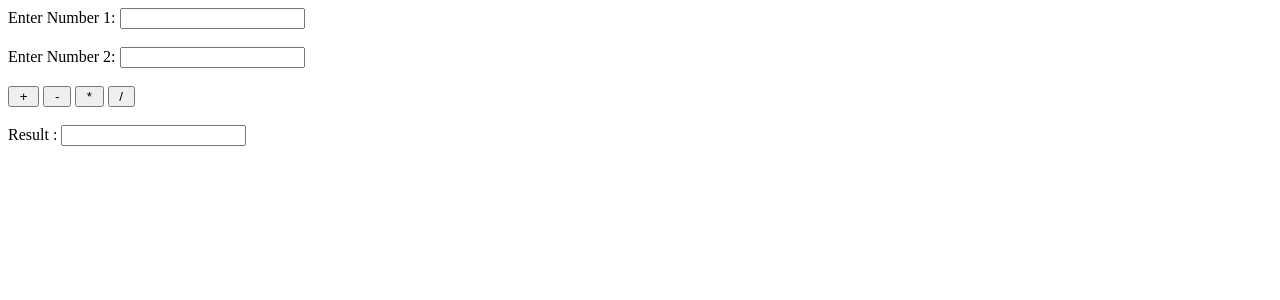
Repository: nyeinsu4520/coursera-test
Page: http://localhost/J2P_J2EE/calculate.jsp
An editor plug-in stored every save of this project. The page is shown before and after the next save, followed by the edit.
The browser window is 1280 px wide. The pictures show the whole page.
The page is served by Tomcat 9.

Above is the page before, as saved 2024-05-26 11:42:39.

After the next save:
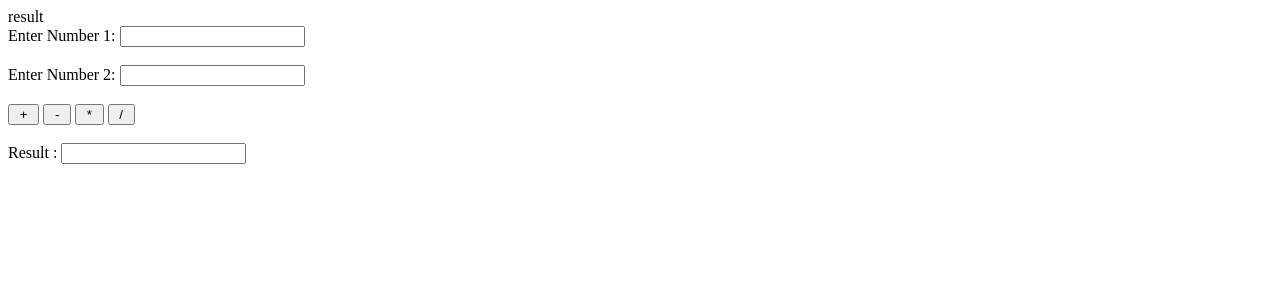
Saved 26 s later.
--- a/J2P_J2EE/src/main/webapp/calculate.jsp
+++ b/J2P_J2EE/src/main/webapp/calculate.jsp
@@ -47,7 +47,7 @@
 
 	}
 	request.setAttribute("result",result);
-
+	out.println("result");
 
 	%>
 

After the save that followed:
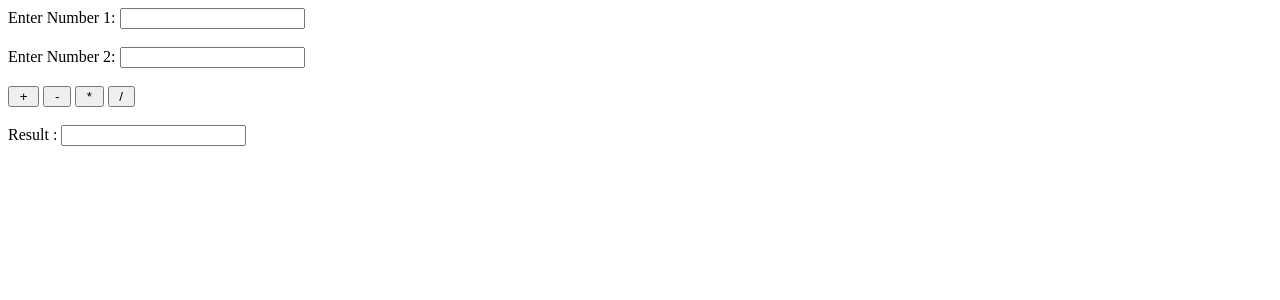
Saved 17 s later.
--- a/J2P_J2EE/src/main/webapp/calculate.jsp
+++ b/J2P_J2EE/src/main/webapp/calculate.jsp
@@ -47,7 +47,7 @@
 
 	}
 	request.setAttribute("result",result);
-	out.println("result");
+	out.println(result);
 
 	%>
 
